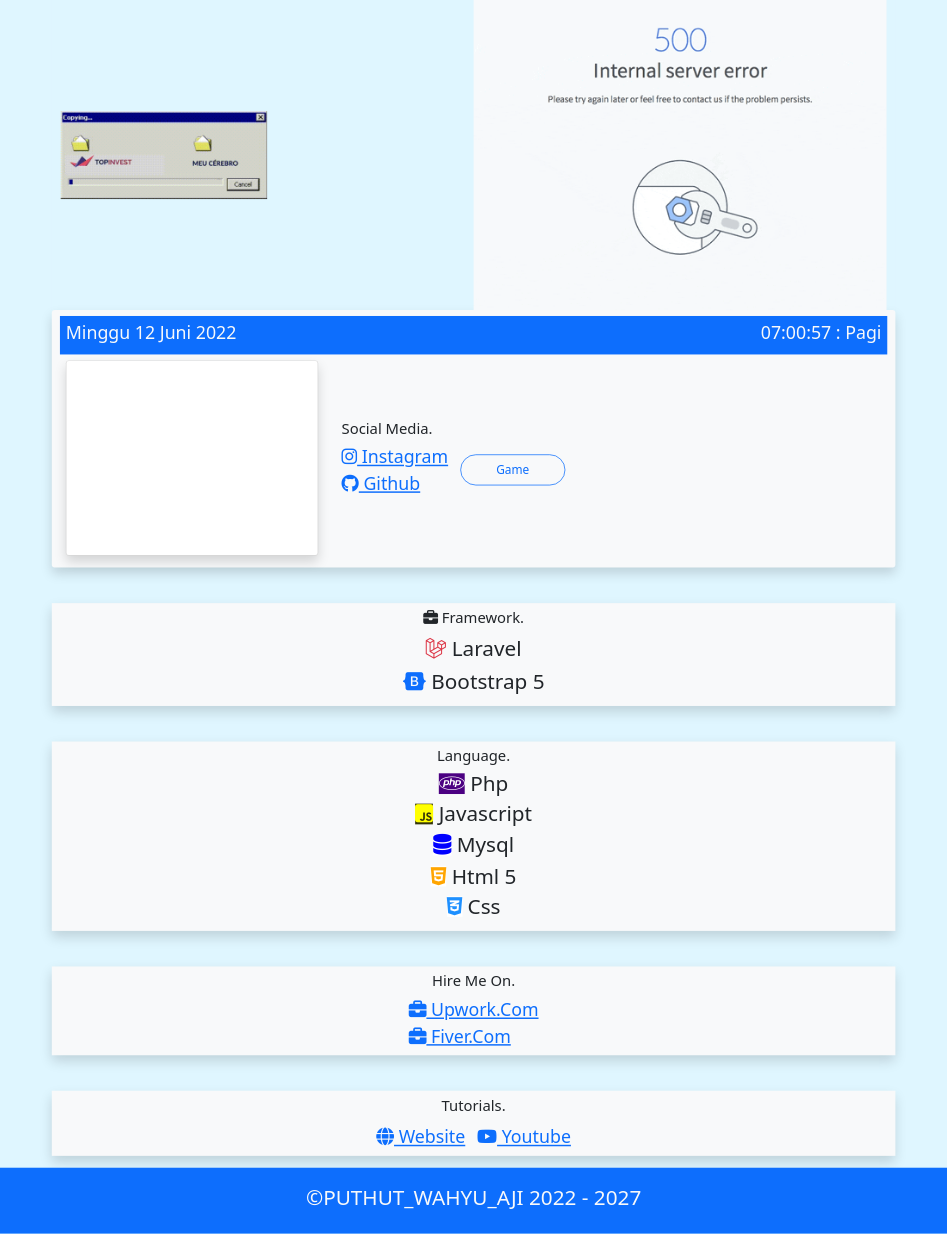
Repository: initer3737/initer3737.github.io
Page: index.html
An editor plug-in stored every save of this project. The page is shown before and after a run of saves, followed by the edit.
The browser window is 1280 px wide. The pictures show the whole page, at 74% of full size.
Pictures or frames that could not be fetched are drawn as grey boxes. Some web libraries are served in a nearby version.

Above is the page before, as saved 2022-06-12 07:35:16.

After the next 4 saves:
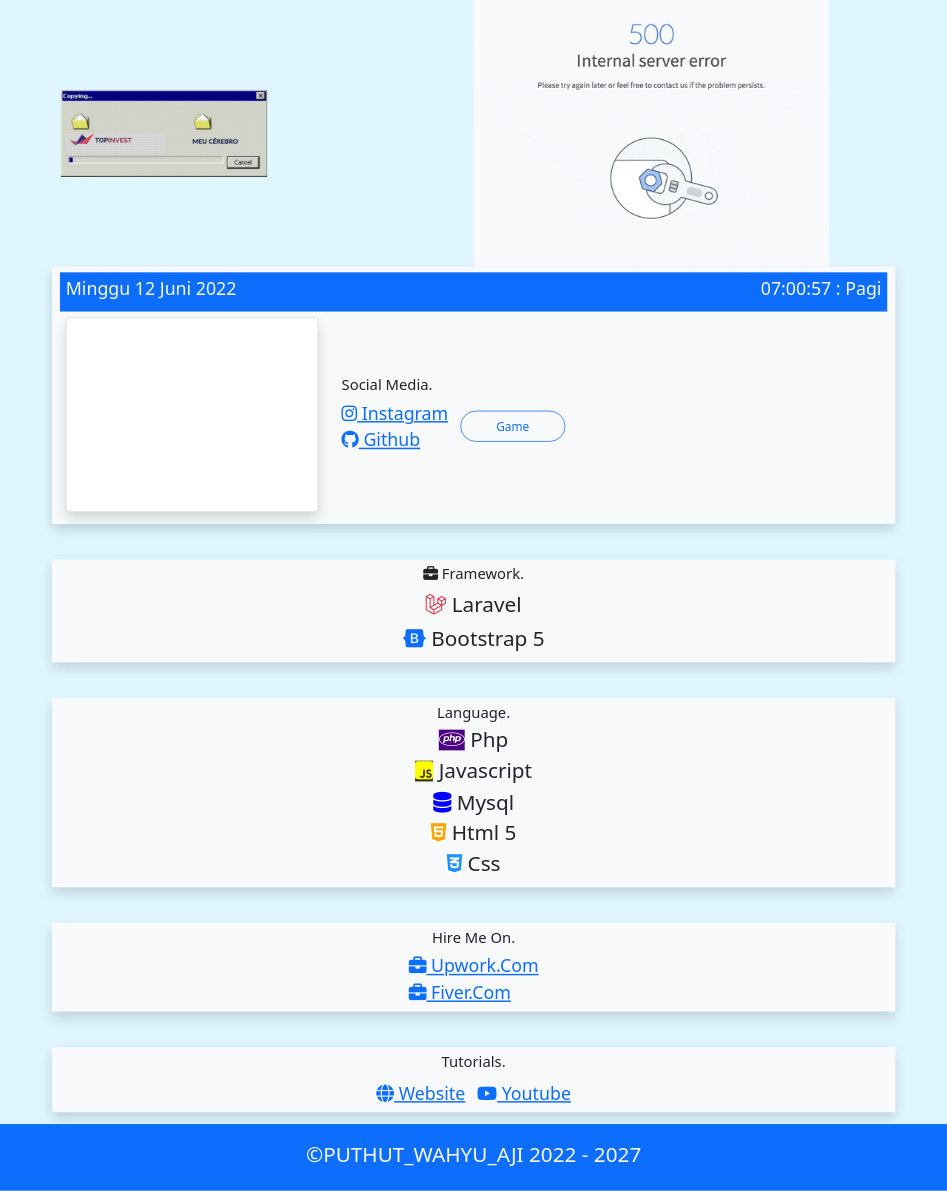
The 4 saves are shown as one change because they came seconds apart.
The last was saved 10 min 44 s later.
--- a/index.html
+++ b/index.html
@@ -15,7 +15,9 @@
         <div class="col-12 col-md-6">
             <img src="img/giphy (1).gif" class="img-fluid col-12 col-md-6">
         </div>
-        <img src="img/giphy.gif" class="img-fluid col-12 col-md-6">
+        <div class="col-12 col-md-6">
+        <img src="img/giphy.gif" class="img-fluid">
+    </div>
     </header>
     <div class="container bg-light shadow rounded  d-flex flex-column gap-4 justify-content-center align-content-center align-items-center p-2">
         <div class="row d-flex align-content-center align-items-center">
